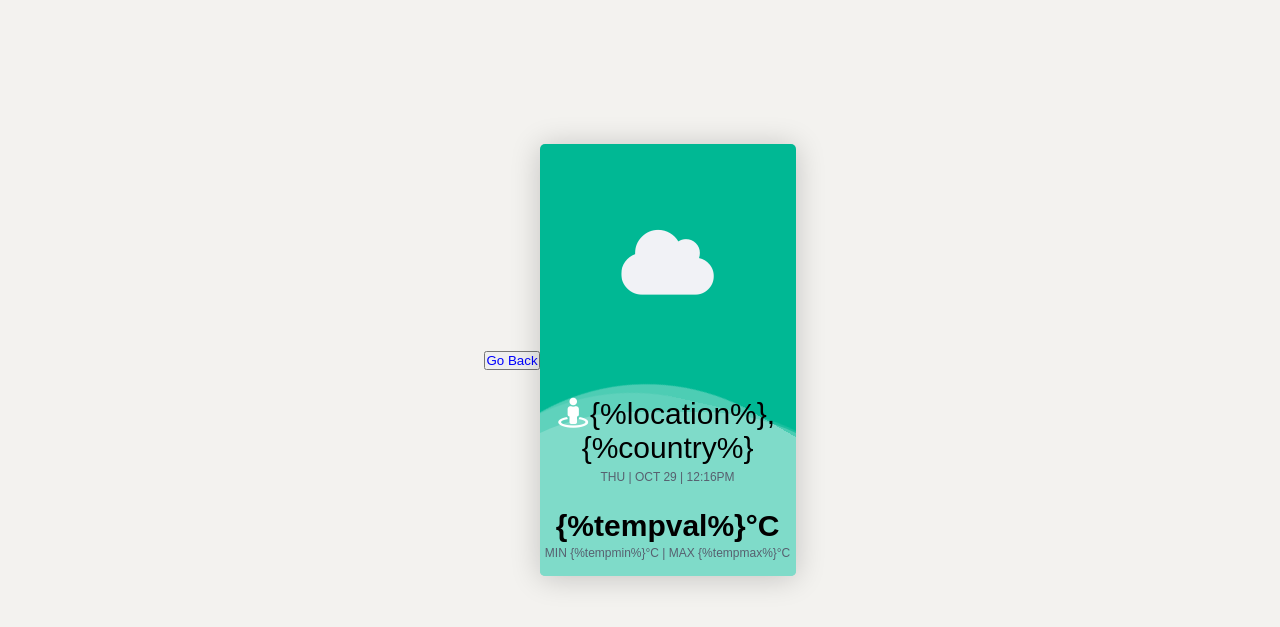
Repository: AalokJadhav/Weather_Website
Page: home.html
An editor plug-in stored every save of this project. The page is shown before and after the next save, followed by the edit.
The browser window is 1280 px wide. The pictures show the whole page.
Some web libraries are served in a nearby version.

Above is the page before, as saved 2020-11-07 23:13:15.

After the next save:
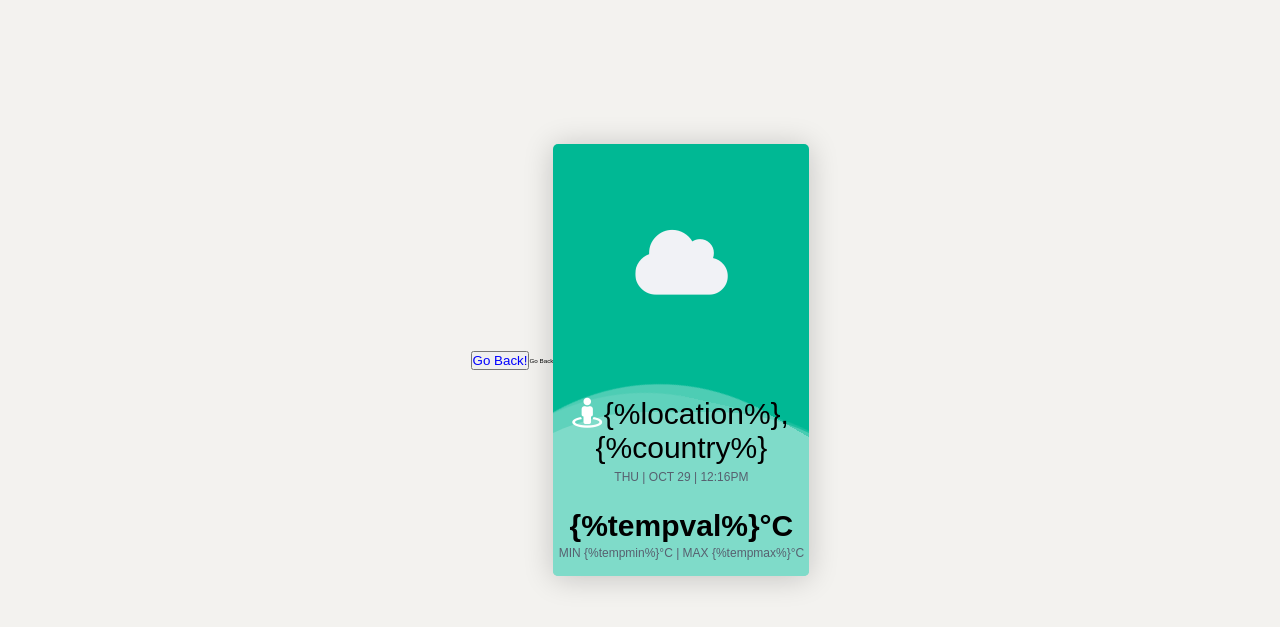
Saved 3 min 30 s later.
--- a/home.html
+++ b/home.html
@@ -211,7 +211,7 @@
     <title>Weather App</title>
 </head>
 <body>
-    <button onclick="goBack()" style="color: blue; position:relative;">Go Back</button>
+    <input type="button" value="Go Back!" onclick="goBack()" style="color: blue; position:relative;">Go Back
 
     <div class="box">
         <div class="wave -one"></div>
